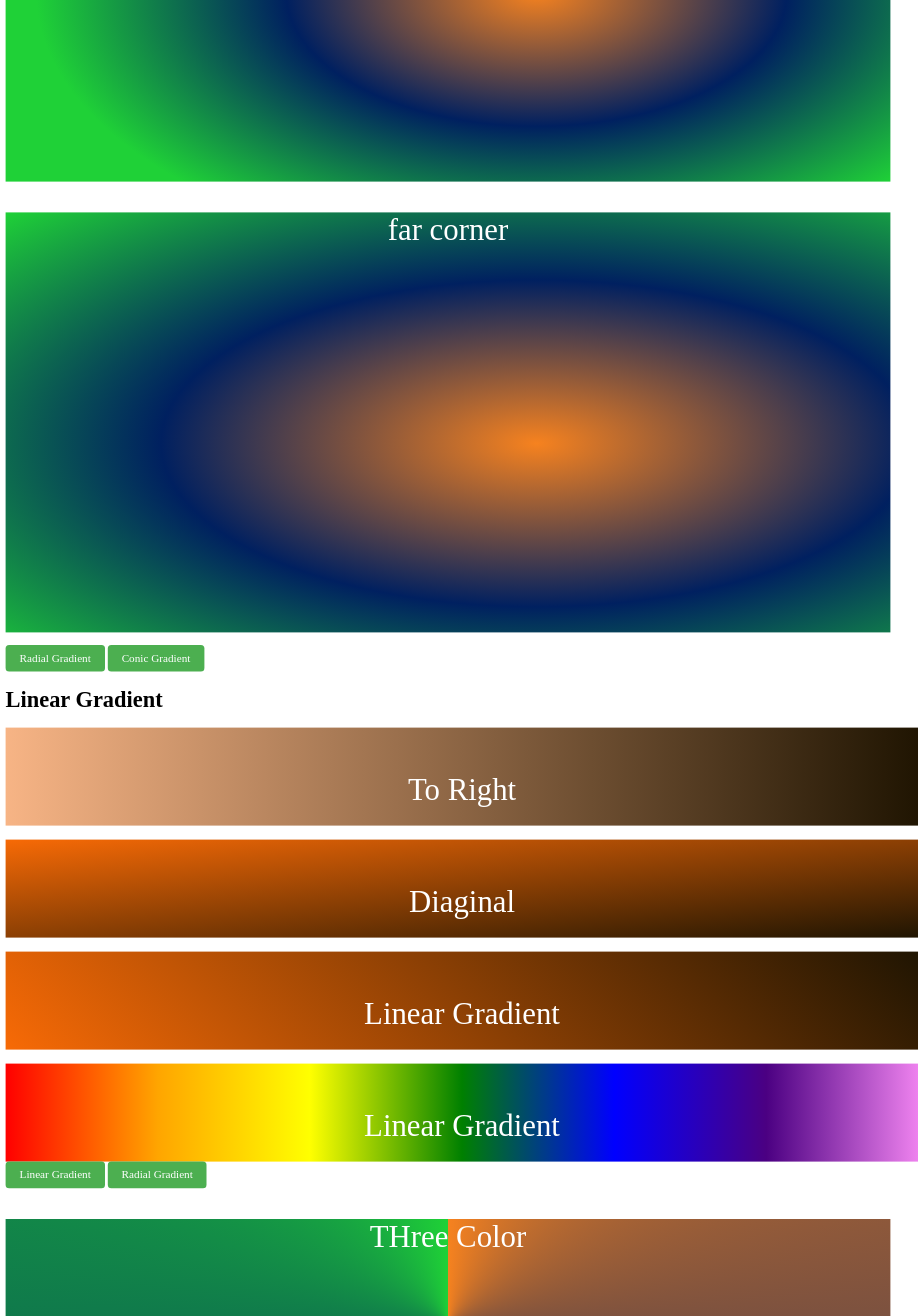
Repository: Pema-yangki/Css
Page: color.html
An editor plug-in stored every save of this project. The page is shown before and after the next save, followed by the edit.
The browser window is 1280 px wide. The page is 1312 px wide, so the pictures cover 1312 px, including what lies to the right of the window. The pictures show the part of the page from y = 3708 to 5588 px (the page is 7134 px tall), at 70% of full size.

Above is the page before, as saved 2024-03-27 10:39:03.

After the next save:
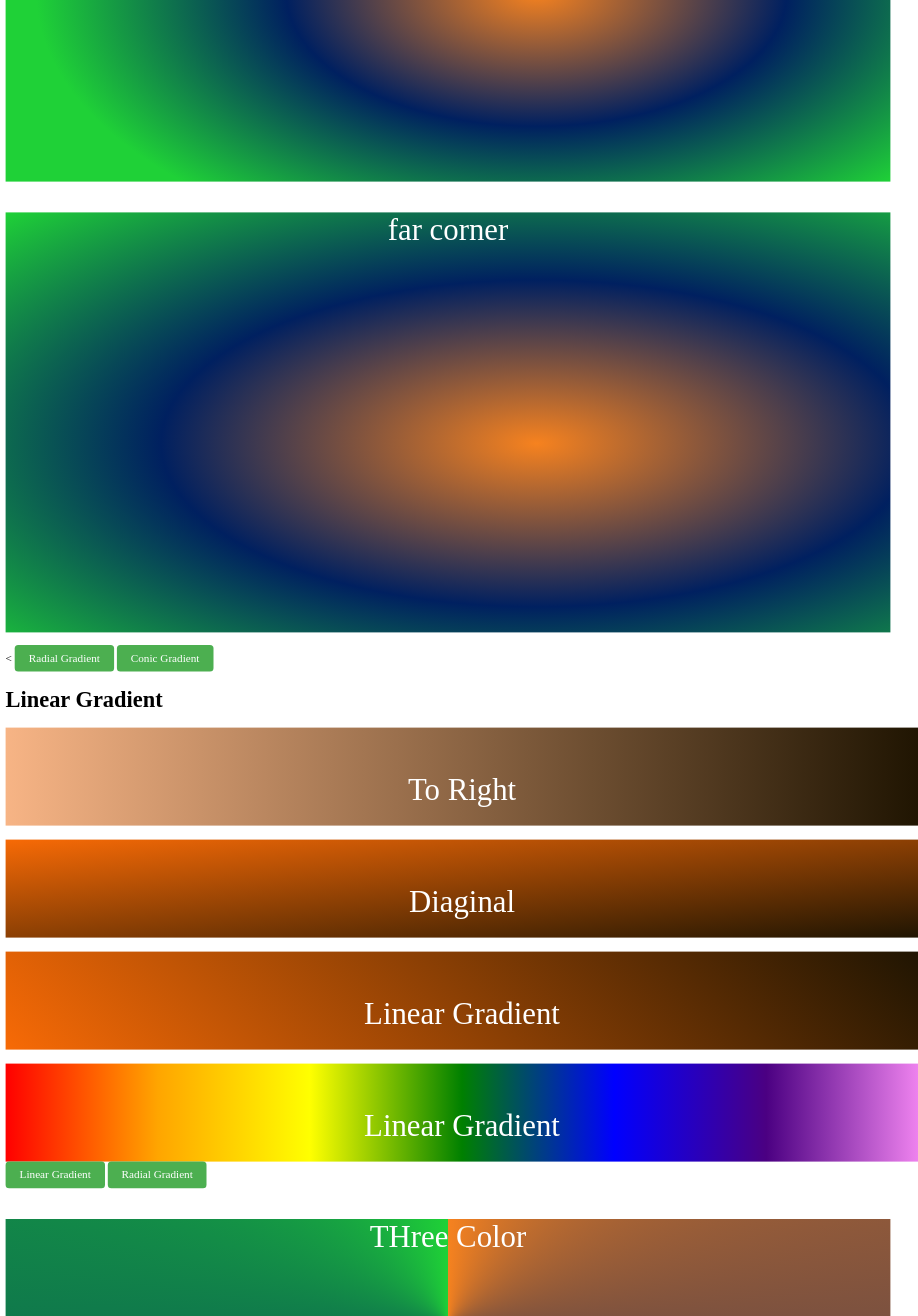
Saved 13 s later.
--- a/color.html
+++ b/color.html
@@ -164,7 +164,7 @@ height: 300px;
     </div>
     <div class="Farthercorner">
         <p>far corner</p>
-    </div> <br>
+    </div> <br><
     <a href="radianr.html" class="styled-link">Radial Gradient</a>
     <a href="conic.html" class="styled-link">Conic Gradient</a>
     <h1>Linear Gradient</h1>

After the save that followed:
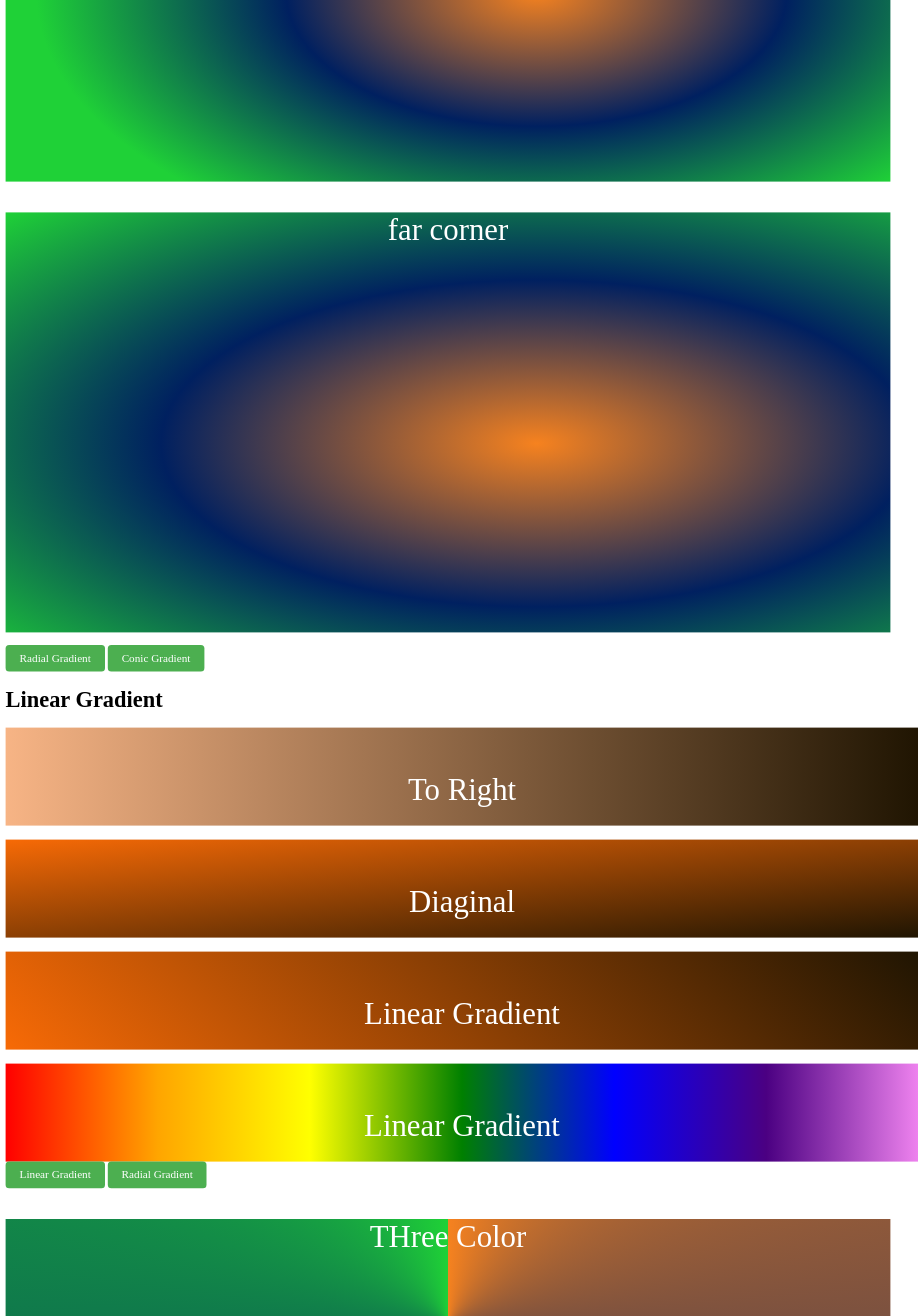
Saved 4 s later.
--- a/color.html
+++ b/color.html
@@ -164,7 +164,7 @@ height: 300px;
     </div>
     <div class="Farthercorner">
         <p>far corner</p>
-    </div> <br><
+    </div> <br>
     <a href="radianr.html" class="styled-link">Radial Gradient</a>
     <a href="conic.html" class="styled-link">Conic Gradient</a>
     <h1>Linear Gradient</h1>
